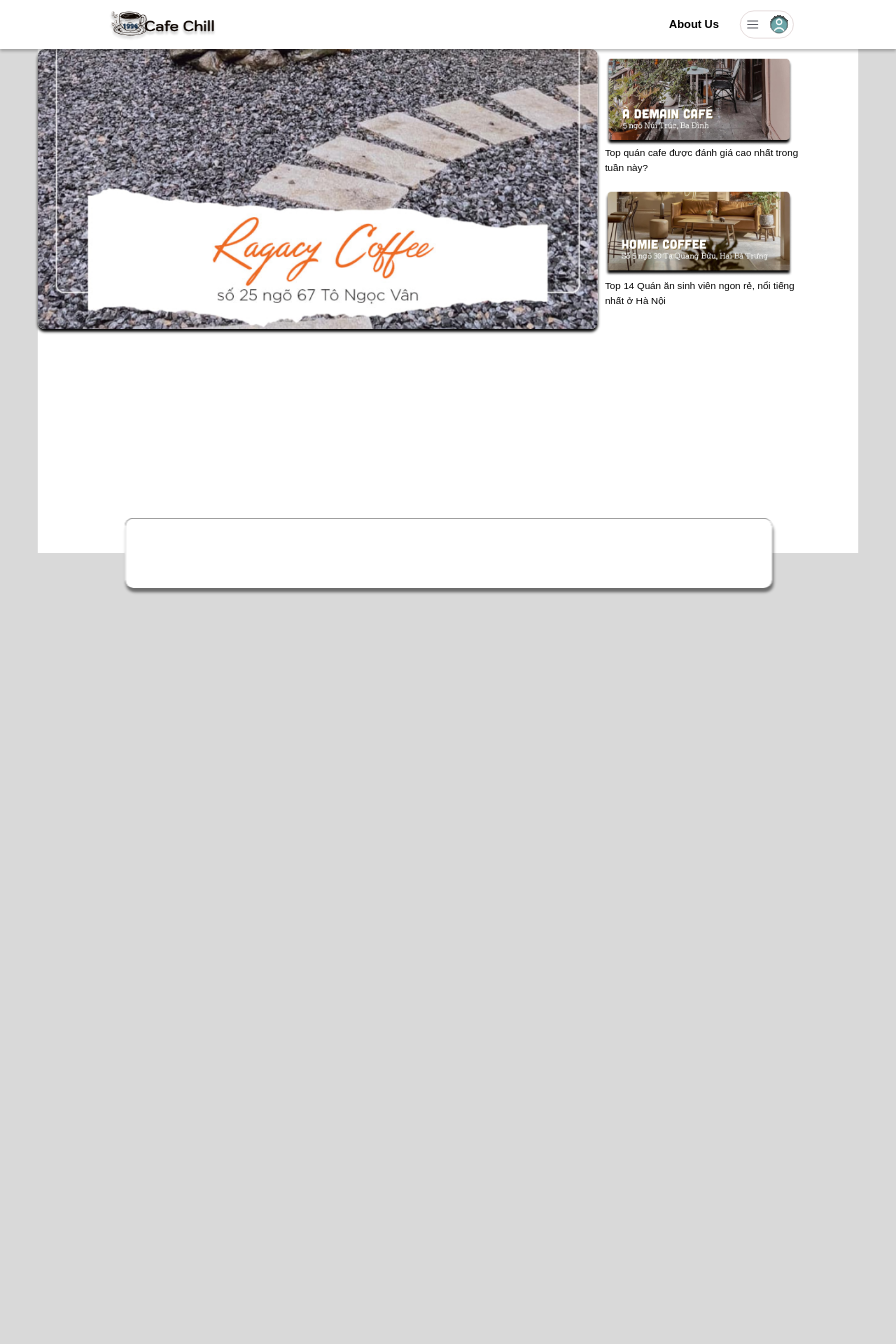
Repository: eriklehnsher/CafeReview-Vue3
Page: /
These files come from the project's save history. The page is drawn as it stood at one moment and after the next save; the edit follows.
The browser window is 1280 px wide. The pictures show the part of the page from y = 0 to 1920 px (the page is 7200 px tall), at 70% of full size.
Some web fonts or font styles are not loaded; a fallback is used. The project was rebuilt for these pictures with package versions that can differ from the ones it lists, and the page was loaded fresh each time. Also part of the build but not shown: vue.config.js.

Above is the page before, as saved 2023-10-06 16:27:31.

### public/index.html
<!DOCTYPE html>
<html lang="">
  <head>
    <meta charset="utf-8">
    <meta http-equiv="X-UA-Compatible" content="IE=edge">
    <meta name="viewport" content="width=device-width,initial-scale=1.0">
    <link rel="icon" href="<%= BASE_URL %>LOGO.ico">
    <title><%= htmlWebpackPlugin.options.title %></title>
  </head>
  <body>
    <noscript>
      <strong>We're sorry but <%= htmlWebpackPlugin.options.title %> doesn't work properly without JavaScript enabled. Please enable it to continue.</strong>
    </noscript>
    <div id="app"></div>
    <!-- built files will be auto injected -->
  </body>
</html>

### src/main.js
import "bootstrap/dist/css/bootstrap.css";
import { createApp } from 'vue'
import App from './App.vue'

createApp(App).mount('#app')

import "bootstrap/dist/js/bootstrap.js"

### src/App.vue
<template>
  <Header class="header-app" />
  <HomePage class="homepage-app" />
</template>

<script>
import Header from "./components/Header.vue";
import HomePage from "./components/HomePage.vue";

export default {
  name: "App",
  components: {
    HomePage,
    Header,
  },
};
</script>

<style>
@import url("https://fonts.googleapis.com/css2?family=ABeeZee&display=swap");

body {
  margin: 0px;
}
#app {
  background: #d9d9d9;
  height: 1000vh;
  -webkit-font-smoothing: antialiased;
  -moz-osx-font-smoothing: grayscale;

  font-family: "ABeeZee", sans-serif;
}
.header-app {
  position: sticky;
  top: 0;
}

</style>

### src/components/Header.vue
<template>
  <div class="header">
    <div class="container">
      <nav class="navbar navbar-expand-lg">
        <div class="container-fluid">
          <img src="../assets/logo.png" alt="" class="logo" />

          <div class="collapse navbar-collapse" id="navbarSupportedContent">
            <ul class="navbar-nav me-auto mb-2 mb-lg-0"></ul>
            <div class="btn-group">
              <a class="header-about" href="">About Us</a>
              <div
                type="button"
                class="Author"
                data-bs-toggle="dropdown"
                aria-expanded="false"
              >
                <svg
                  xmlns="http://www.w3.org/2000/svg"
                  width="25"
                  height="40"
                  viewBox="0 0 42 40"
                  fill="none"
                >
                  <path
                    d="M8.59375 11.6667H32.6562"
                    stroke="#33363F"
                    stroke-width="2"
                    stroke-linecap="round"
                  />
                  <path
                    d="M8.59375 20H32.6562"
                    stroke="#33363F"
                    stroke-width="2"
                    stroke-linecap="round"
                  />
                  <path
                    d="M8.59375 28.3333H32.6562"
                    stroke="#33363F"
                    stroke-width="2"
                    stroke-linecap="round"
                  />
                </svg>
                <svg
                  width="30"
                  height="50"
                  viewBox="0 0 50 50"
                  fill="none"
                  xmlns="http://www.w3.org/2000/svg"
                >
                  <g filter="url(#filter0_i_102_131)">
                    <path
                      fill-rule="evenodd"
                      clip-rule="evenodd"
                      d="M4.1665 25C4.1665 13.4941 13.4939 4.16669 24.9998 4.16669C36.5058 4.16669 45.8332 13.4941 45.8332 25C45.8332 31.693 42.6771 37.6488 37.7719 41.4603C36.9132 38.9522 35.3321 36.7452 33.2181 35.1231C30.8604 33.314 27.9717 32.3334 24.9998 32.3334C22.028 32.3334 19.1393 33.314 16.7816 35.1231C14.6676 36.7452 13.0865 38.9522 12.2277 41.4603C7.32261 37.6488 4.1665 31.693 4.1665 25ZM32.0006 36.7098C33.9555 38.2098 35.3754 40.297 36.0539 42.6621C32.8501 44.6715 29.0607 45.8334 24.9998 45.8334C20.939 45.8334 17.1496 44.6715 13.9457 42.6621C14.6242 40.297 16.0442 38.2098 17.9991 36.7098C20.0075 35.1687 22.4683 34.3334 24.9998 34.3334C27.5314 34.3334 29.9922 35.1687 32.0006 36.7098ZM19.7498 18.75C19.7498 15.8505 22.1003 13.5 24.9998 13.5C27.8993 13.5 30.2498 15.8505 30.2498 18.75C30.2498 21.6495 27.8993 24 24.9998 24C22.1003 24 19.7498 21.6495 19.7498 18.75ZM24.9998 11.5C20.9958 11.5 17.7498 14.746 17.7498 18.75C17.7498 22.7541 20.9958 26 24.9998 26C29.0039 26 32.2498 22.7541 32.2498 18.75C32.2498 14.746 29.0039 11.5 24.9998 11.5Z"
                      fill="#6CA6A8"
                    />
                  </g>
                  <path
                    d="M37.7719 41.4603L37.2989 41.6223L37.5257 42.2848L38.0787 41.8551L37.7719 41.4603ZM33.2181 35.1231L32.9137 35.5198L33.2181 35.1231ZM16.7816 35.1231L17.0859 35.5198L16.7816 35.1231ZM12.2277 41.4603L11.9209 41.8551L12.4739 42.2848L12.7008 41.6223L12.2277 41.4603ZM36.0539 42.6621L36.3196 43.0857L36.6383 42.8858L36.5346 42.5242L36.0539 42.6621ZM32.0006 36.7098L31.6962 37.1065L32.0006 36.7098ZM13.9457 42.6621L13.4651 42.5242L13.3614 42.8858L13.6801 43.0857L13.9457 42.6621ZM17.9991 36.7098L17.6947 36.3131H17.6947L17.9991 36.7098ZM24.9998 3.66669C13.2178 3.66669 3.6665 13.2179 3.6665 25H4.6665C4.6665 13.7702 13.77 4.66669 24.9998 4.66669V3.66669ZM46.3332 25C46.3332 13.2179 36.7819 3.66669 24.9998 3.66669V4.66669C36.2296 4.66669 45.3332 13.7702 45.3332 25H46.3332ZM38.0787 41.8551C43.1005 37.9529 46.3332 31.8539 46.3332 25H45.3332C45.3332 31.5321 42.2536 37.3446 37.4652 41.0655L38.0787 41.8551ZM32.9137 35.5198C34.9494 37.0818 36.472 39.207 37.2989 41.6223L38.245 41.2984C37.3545 38.6973 35.7148 36.4086 33.5225 34.7264L32.9137 35.5198ZM24.9998 32.8334C27.8616 32.8334 30.6434 33.7776 32.9137 35.5198L33.5225 34.7264C31.0775 32.8503 28.0817 31.8334 24.9998 31.8334V32.8334ZM17.0859 35.5198C19.3563 33.7776 22.1381 32.8334 24.9998 32.8334V31.8334C21.918 31.8334 18.9222 32.8503 16.4772 34.7264L17.0859 35.5198ZM12.7008 41.6223C13.5277 39.207 15.0502 37.0818 17.0859 35.5198L16.4772 34.7264C14.2849 36.4086 12.6452 38.6973 11.7547 41.2984L12.7008 41.6223ZM3.6665 25C3.6665 31.8539 6.89917 37.9529 11.9209 41.8551L12.5345 41.0655C7.74605 37.3446 4.6665 31.5321 4.6665 25H3.6665ZM36.5346 42.5242C35.8266 40.0563 34.3449 37.8784 32.305 36.3131L31.6962 37.1065C33.5661 38.5413 34.9243 40.5377 35.5733 42.8L36.5346 42.5242ZM24.9998 46.3334C29.1574 46.3334 33.0385 45.1436 36.3196 43.0857L35.7883 42.2385C32.6617 44.1995 28.964 45.3334 24.9998 45.3334V46.3334ZM13.6801 43.0857C16.9612 45.1436 20.8423 46.3334 24.9998 46.3334V45.3334C21.0357 45.3334 17.3379 44.1995 14.2114 42.2385L13.6801 43.0857ZM17.6947 36.3131C15.6548 37.8784 14.1731 40.0563 13.4651 42.5242L14.4263 42.8C15.0753 40.5377 16.4336 38.5413 18.3035 37.1065L17.6947 36.3131ZM24.9998 33.8334C22.3582 33.8334 19.7904 34.705 17.6947 36.3131L18.3035 37.1065C20.2246 35.6324 22.5784 34.8334 24.9998 34.8334V33.8334ZM32.305 36.3131C30.2092 34.705 27.6415 33.8334 24.9998 33.8334V34.8334C27.4213 34.8334 29.7751 35.6324 31.6962 37.1065L32.305 36.3131ZM24.9998 13C21.8242 13 19.2498 15.5744 19.2498 18.75H20.2498C20.2498 16.1267 22.3765 14 24.9998 14V13ZM30.7498 18.75C30.7498 15.5744 28.1755 13 24.9998 13V14C27.6232 14 29.7498 16.1267 29.7498 18.75H30.7498ZM24.9998 24.5C28.1755 24.5 30.7498 21.9257 30.7498 18.75H29.7498C29.7498 21.3734 27.6232 23.5 24.9998 23.5V24.5ZM19.2498 18.75C19.2498 21.9257 21.8242 24.5 24.9998 24.5V23.5C22.3765 23.5 20.2498 21.3734 20.2498 18.75H19.2498ZM18.2498 18.75C18.2498 15.0221 21.2719 12 24.9998 12V11C20.7196 11 17.2498 14.4698 17.2498 18.75H18.2498ZM24.9998 25.5C21.2719 25.5 18.2498 22.4779 18.2498 18.75H17.2498C17.2498 23.0302 20.7196 26.5 24.9998 26.5V25.5ZM31.7498 18.75C31.7498 22.4779 28.7278 25.5 24.9998 25.5V26.5C29.28 26.5 32.7498 23.0302 32.7498 18.75H31.7498ZM24.9998 12C28.7278 12 31.7498 15.0221 31.7498 18.75H32.7498C32.7498 14.4698 29.28 11 24.9998 11V12Z"
                    fill="white"
                  />
                  <rect
                    x="4.6665"
                    y="4.66669"
                    width="40.6667"
                    height="40.6667"
                    rx="20.3333"
                    stroke="#222222"
                  />
                  <defs>
                    <filter
                      id="filter0_i_102_131"
                      x="3.6665"
                      y="3.66669"
                      width="42.6665"
                      height="46.6667"
                      filterUnits="userSpaceOnUse"
                      color-interpolation-filters="sRGB"
                    >
                      <feFlood flood-opacity="0" result="BackgroundImageFix" />
                      <feBlend
                        mode="normal"
                        in="SourceGraphic"
                        in2="BackgroundImageFix"
                        result="shape"
                      />
                      <feColorMatrix
                        in="SourceAlpha"
                        type="matrix"
                        values="0 0 0 0 0 0 0 0 0 0 0 0 0 0 0 0 0 0 127 0"
                        result="hardAlpha"
                      />
                      <feOffset dy="4" />
                      <feGaussianBlur stdDeviation="2" />
                      <feComposite
                        in2="hardAlpha"
                        operator="arithmetic"
                        k2="-1"
                        k3="1"
                      />
                      <feColorMatrix
                        type="matrix"
                        values="0 0 0 0 0 0 0 0 0 0 0 0 0 0 0 0 0 0 1 0"
                      />
                      <feBlend
                        mode="normal"
                        in2="shape"
                        result="effect1_innerShadow_102_131"
                      />
                    </filter>
                  </defs>
                </svg>
              </div>
              <ul class="dropdown-menu dropdown-menu-end">
                <li><a class="dropdown-item" href="">LogIn</a></li>
                <li><a class="dropdown-item" href="">Sign In</a></li>
                <li><hr class="dropdown-divider" /></li>
                <li><a class="dropdown-item" href="">LogOut</a></li>
              </ul>
            </div>
          </div>
        </div>
      </nav>
    </div>
  </div>
</template>

<script>
export default {};
</script>

<!-- Add "scoped" attribute to limit CSS to this component only -->
<style scoped>
.header {

  box-shadow: 0px 4px 4px 0px rgba(30, 30, 30, 0.3);
  width: 100%;
  height: 70px;
  background-color: #fff;
  display: flex;
  justify-content: space-between;
  align-items: center;
  transition: 0.6s;
}
.container {
  padding: 10px 5%;
}
.logo {
  width: auto;
  height: 80px;
}
.logo:hover {
  cursor: pointer;
}
a {
  font-size: 16px;
  font-weight: 700;
  text-decoration: none;
  color: #000;
  margin-right: 20px;
}
a:hover {
  color: #000;
}
.Author {
  border-radius: 50px;
  border: 1px solid #dbcfcf;
  background: #fff;
  width: auto;
  height: 40px;
  display: inline-flex;
  flex-direction: row;
  justify-content: space-around;
  align-items: center;
  gap: 10px;
  padding: 5px;
}
.Author:hover {
  cursor: pointer;
  box-shadow: 0px 4px 4px 0px rgba(83, 80, 80, 0.25);
}
.dropdown-menu {
  margin-top: 10px;
  right: 5px;
  border: 1px solid #dbcfcf;
  border-radius: 5px;
  box-shadow: 0px 4px 4px 0px rgba(83, 80, 80, 0.25);
}
.dropdown-item {
  font-size: 14px;
  font-weight: 300;
}
.btn-group {
  display: flex;
  flex-direction: row;
  justify-content: space-around;
  align-items: center;
  gap: 10px;
}
</style>

### src/components/HomePage.vue
<template>
  <div class="homepage">
    <div class="banner">
      <div class="banner-flex d-flex ">
        <div class="">
          <img
            src="../assets/images/images-slider1.png"
            class="banner-bg d-block w-100"
            alt="..."
          />
          <!-- <div
            id=""
            class="carousel slide"
            data-bs-ride="carousel"
          >
            <div class="carousel-inner">
              <div class="carousel-item active">
                <img
                  src="../assets/images/images-slider1.png"
                  class="d-block w-100"
                  alt="..."
                />
              </div>
              <div class="carousel-item">
                <img
                  src="../assets/images/images-slider2.png"
                  class="d-block w-100"
                  alt="..."
                />
              </div>
              <div class="carousel-item">
                <img
                  src="../assets/images/images-slider3.png"
                  class="d-block w-100"
                  alt="..."
                />
              </div>
              <div class="carousel-item">
                <img
                  src="../assets/images/images-slider4.png"
                  class="d-block w-100"
                  alt="..."
                />
              </div>
            </div>
          </div> -->
        </div>
        <div class=" promo">
          <div class="promo-1">
            <img class="promo-img" src="../assets/images/promo1.png" alt="" />
            <p class="promo-text">
              Top quán cafe được đánh giá cao nhất trong tuần này?
            </p>
          </div>
          <div class="promo-1 mt-4">
            <img class="promo-img" src="../assets/images/promo2.png" alt="" />
            <p class="promo-text">
              Top 14 Quán ăn sinh viên ngon rẻ, nổi tiếng nhất ở Hà Nội
            </p>
          </div>
        </div>
      </div>
    </div>
    <div class="search-box">

    </div>
  </div>
</template>

<script>
export default {};
</script>

<!-- Add "scoped" attribute to limit CSS to this component only -->
<style scoped>
.homepage{
  display: flex;
  flex-direction: column;
  justify-content: center;
  align-items: center;
}
.banner {
  background-color: #fff;
  padding: auto 100px;
  height: 100vh;

}

.promo-1:hover {
  cursor: pointer;
}
.promo-text {
  width: 80%;
  height: 100%;
  color: black;
  font-size: 14px;
  font-family: inherit;
  font-weight: 300;
}
.carousel {
  border-radius: 10px;
  box-shadow: 0px 4px 4px 0px #000;
}
.banner-flex{
  display: flex;
  gap: 10px;
  justify-content: center;
  align-items: center;
}
.banner-bg {
  border-radius: 10px;
  box-shadow: 0px 4px 4px 0px #000;
}
.carousel-inner {
  border-radius: 10px;
}
.search-box {
  width: 925px;
  height: 100px;
  border-radius: 12px;
  border-top: 1px solid rgba(0, 0, 0, 0.5);
  border-left: 1px solid rgba(0, 0, 0, 0.5);
  background: #fff;
  box-shadow: 2px 6px 4px 0px rgba(0, 0, 0, 0.5);
  backdrop-filter: blur(2px);
  position: relative;
  z-index: 1;
  top: -50px;
}
</style>

After the next save:
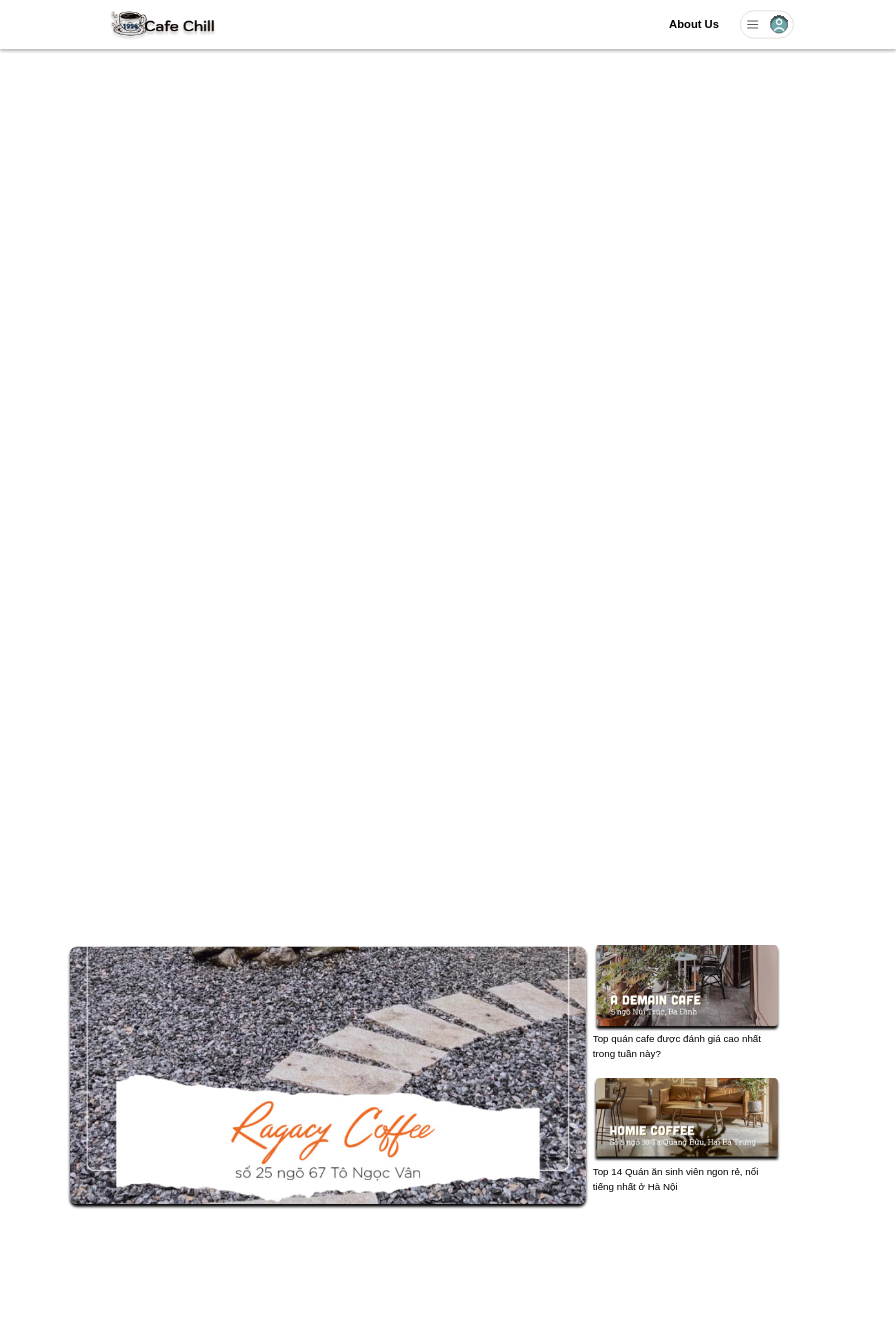
Saved 6 s later.
--- a/src/components/HomePage.vue
+++ b/src/components/HomePage.vue
@@ -81,7 +81,7 @@
 }
 .banner {
   background-color: #fff;
-  padding: auto 100px;
+  padding: 100% 100px;
   height: 100vh;
 
 }
